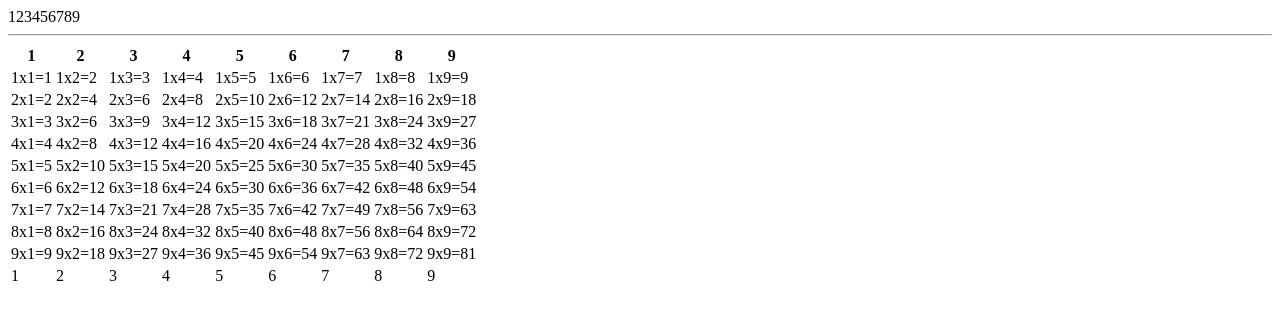
Repository: SongSooJin/JSP
Page: http://localhost/5-jsp-basic/example5/gugudan2.jsp
The author's editor kept a copy of each file at every save. The page is drawn from the files as they stood at one save, then again after the next save.
The browser window is 1280 px wide. The pictures show the whole page.
The page is served by Tomcat 9.

Above is the page before, as saved 2018-10-08 05:49:55.

After the next save:
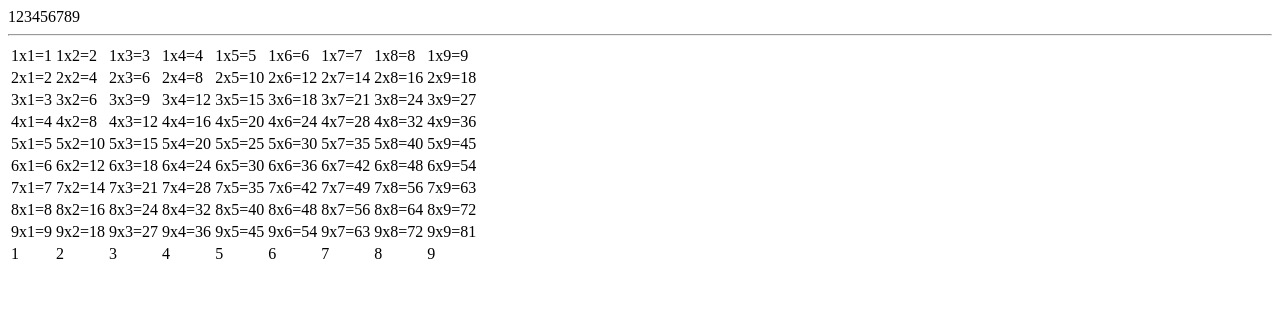
Saved 41 s later.
--- a/5-jsp-basic/WebContent/example5/gugudan2.jsp
+++ b/5-jsp-basic/WebContent/example5/gugudan2.jsp
@@ -22,17 +22,7 @@
 
 	<table>
 		<thead>
-			<tr>
-				<th>1</th>
-				<th>2</th>
-				<th>3</th>
-				<th>4</th>
-				<th>5</th>
-				<th>6</th>
-				<th>7</th>
-				<th>8</th>
-				<th>9</th>
-			</tr>
+
 		</thead>
 
 		<tbody>
